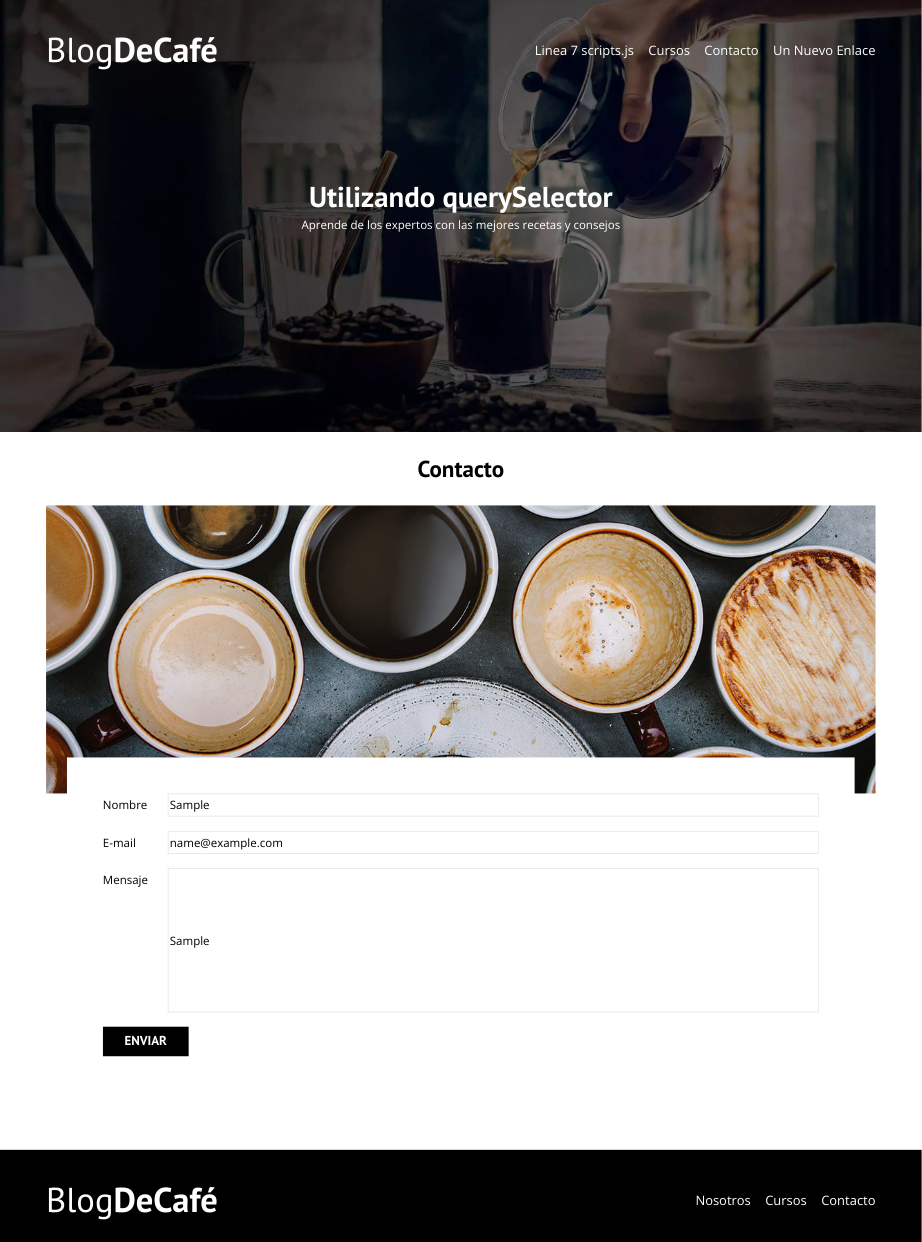
Repository: araque1990/blog_de_cafe
Page: contacto.html
An editor plug-in stored every save of this project. The page is shown before and after the next save, followed by the edit.
The browser window is 1280 px wide. The pictures show the whole page, at 72% of full size.
Empty fields were first filled with sample values (such as "Sample", 5 or name@example.com).
After loading, the first visible `form.formulario` was submitted once.

Above is the page before, as saved 2023-01-25 11:55:12.

### contacto.html
<!DOCTYPE html>
<html lang="es">
<head>
  <meta charset="UTF-8">
  <meta http-equiv="X-UA-Compatible" content="IE=edge">
  <meta name="viewport" content="width=device-width, initial-scale=1.0">
  <title>Blog de Café</title>
  <link rel="stylesheet" href="css/normalize.css">
  <link rel="preconnect" href="https://fonts.googleapis.com"><link rel="preconnect" href="https://fonts.gstatic.com" crossorigin><link href="https://fonts.googleapis.com/css2?family=Open+Sans&family=PT+Sans:wght@400;700&display=swap" rel="stylesheet">
  <link rel="stylesheet" href="css/styles.css">
</head>
<body>

  <header class="header">
    <div class="contenedor">
      <div class="barra">
        <a class="logo" href="index.html">
          <h1 class="logo__nombre no-margin centrar-texto">Blog<span class="logo__bold">DeCafé</span></h1>
        </a>

        <nav class="navegacion">
          <a href="nosotros.html" class="navegacion__enlace">Nosotros</a>
          <a href="cursos.html" class="navegacion__enlace">Cursos</a>
          <a href="contacto.html" class="navegacion__enlace">Contacto</a>
        </nav>
      </div>
    </div>
    <div class="header__texto">
      <h2 class="no-margin">Blog de café con consejos y cursos</h2>
      <p class="no-margin">Aprende de los expertos con las mejores recetas y consejos</p>
    </div>
  </header>

  <main class="contenedor">
    <h3 class="centrar-texto">Contacto</h3>

    <div class="contacto-bg"></div>

    <form class="formulario">
      <div class="campo">
        <label class="campo__label" for="nombre">Nombre</label>
        <input class="campo__field" type="text" id="nombre" placeholder="Tu Nombre" required>
      </div>

      <div class="campo">
        <label class="campo__label" for="email">E-mail</label>
        <input class="campo__field" type="email" id="email" placeholder="Tu Email" required>
      </div>

      <div class="campo">
        <label class="campo__label" for="mensaje">Mensaje</label>
        <input class="campo__field campo__field--textarea" type="textarea" id="mensaje">
      </div>

      <div class="campo">
        <input type="submit" value="Enviar" class="boton boton--primario">
      </div>
    </form>

  </main>

  <footer class="footer">
    <div class="contenedor">
      <div class="barra">
        <a class="logo" href="index.html">
          <h1 class="logo__nombre no-margin centrar-texto">Blog<span class="logo__bold">DeCafé</span></h1>
        </a>

        <nav class="navegacion">
          <a href="nosotros.html" class="navegacion__enlace">Nosotros</a>
          <a href="cursos.html" class="navegacion__enlace">Cursos</a>
          <a href="contacto.html" class="navegacion__enlace">Contacto</a>
        </nav>
      </div>
    </div>
  </footer>
  <script src="js/modernizr.js"></script>
  <script src="js/scripts.js"></script>
</body>
</html>

### css/styles.css
:root {
  --fuenteHeading: 'PT Sans', sans-serif;
  --fuenteParrafos: 'Open Sans', sans-serif;

  --secundario: #784D3C;
  --gris: #E1E1E1;
  --blanco: #FFF;
  --negro: #000;
}
html {
  box-sizing: border-box;
  font-size: 62.5%;
}
*, *:before, *:after {
  box-sizing: inherit;
}
body {
  font-family: var(--fuenteParrafos);
  font-size: 1.6rem;
  line-height: 2;
}

/* Globales */
.contenedor {
  max-width: 120rem;
  width: 90%;
  /* width: min(90%, 120rem); //ESTO ES LO MISMO QUE LOS DOS ATRIBUTOS DE ARRIBA */
  margin: 0 auto;
}
a {
  text-decoration: none;
}
h1, h2, h3, h4 {
  font-family: var(--fuenteHeading);
  line-height: 1.2;
}
h1 {
  font-size: 4.8rem;
}
h2 {
  font-size: 4rem;
}
h3 {
  font-size: 3.2rem;
}
h4 {
  font-size: 2.8rem;
}
img {
  max-width: 100%;
}

/* Utilidades */
.no-margin {
  margin: 0;
}
.no-padding {
  padding: 0;
}
.centrar-texto {
  text-align: center;
}

/* Header */
.webp .header {
  background-image: url(../img/banner.webp);
}
.nowebp .header {
  background-image: url(../img/banner.jpg);
}
.header {
  height: 60rem;
  background-size: cover;
  background-repeat: no-repeat;
  background-position: center center;
}
.header__texto {
  text-align: center;
  color: var(--blanco);
  margin-top: 5rem;
}

@media (min-width: 768px) {
  .header__texto {
    margin-top: 15rem;
  }
}

@media (min-width: 768px) {
  .barra {
    display: flex;
    justify-content: space-between;
    align-items: center;
  }
}
.barra {
  padding-top: 4rem;
}
.logo {
  color: var(--blanco);
}
.logo__nombre {
  font-weight: 400;
}
.logo__bold {
  font-weight: 700;
}

@media (min-width: 768px) {
  .navegacion {
    display: flex;
    gap: 2rem;
  }
}
.navegacion__enlace {
  display: block;
  text-align: center;
  font-size: 1.8rem;
  color: var(--blanco);
}

@media (min-width: 768px) {
  .contenido-principal {
    display: grid;
    grid-template-columns: 2fr 1fr;
    column-gap: 4rem;
  }
}

.entrada {
  border-bottom: 1px solid var(--gris);
  margin-bottom: 2rem;
}
.entrada:last-of-type {
  border: none;
  margin-bottom: 0;
}
.boton {
  display: block;
  font-family: var(--fuenteHeading);
  color: var(--blanco);
  text-align: center;
  padding: 1rem 3rem;
  font-size: 1.8rem;
  text-transform: uppercase;
  font-weight: 700;
  margin-bottom: 2rem;
  border: none;
}
@media (min-width: 768px) {
  .boton {
    display: inline-block;
  }
}
.boton:hover {
  cursor: pointer;
}
.boton--primario {
  background-color: var(--negro);
}
.boton--secundario {
  background-color: var(--secundario);
}

.cursos {
  list-style: none;
}

.widget-curso {
  border-bottom: 1px solid var(--gris);
  margin-bottom: 2rem;
}
.widget-curso:last-of-type {
  border: none;
  margin-bottom: 0;
}
.widget-curso__label {
  font-family: var(--fuenteHeading);
  font-weight: 700;
}
.widget-curso__info {
  font-weight: 400;
}
.widget-curso__info, .widget-curso__label {
  font-size: 2rem;
}

.footer {
  background-color: var(--negro);
  padding-bottom: 3rem;
  margin-top: 4rem;
}

/* Sobre Nosotros */
@media (min-width: 768px) {
  .sobre-nosotros {
    display: grid;
    grid-template-columns: repeat(2, 1fr);
    column-gap: 2rem;
  }
}

.curso {
  padding: 3rem 0;
  border-bottom: 1px solid var(--gris);
}
@media (min-width: 768px) {
  .curso{
    display: grid;
    grid-template-columns: 1fr 2fr;
    column-gap: 2rem;
  }
}
.curso:last-of-type {
  border: none;
}

/* NOTA: podemos simplemente añadir estas clases a los estilos de widget correspodientes para evitar duplicidades. */
.curso__label {
  font-family: var(--fuenteHeading);
  font-weight: 700;
}
.curso__info {
  font-weight: 400;
}
.curso__info, .curso__label {
  font-size: 2rem;
}

/* Contacto */
.contacto-bg {
  background-image: url(../img/contacto.jpg);
  height: 40rem;
  background-size: cover;
  background-repeat: no-repeat;
}
.formulario {
  background-color: var(--blanco);
  margin: -5rem auto 0 auto;
  width: 95%;
  padding: 5rem;
}
.campo{
  display: flex;
  margin-bottom: 2rem;

}
.campo__label{
  flex: 0 0 9rem;
}
.campo__field {
  flex: 1;
  border: 1px solid var(--gris);
}

.campo__field--textarea{
  height: 20rem;
}

### js/scripts.js
// querySelector
const heading = document.querySelector('.header__texto h2');
heading.textContent = 'Utilizando querySelector';

// querySelectorAll
const enlaces = document.querySelectorAll('.navegacion a');
enlaces[0].textContent = 'Linea 7 scripts.js';
enlaces[0].classList.add('nueva-clase');


// Generar un nuevo enlace
const nuevoEnlace = document.createElement('A');

// Agregar el href
nuevoEnlace.href = 'nuevo-enlace.html';
// Agregar el texto
nuevoEnlace.textContent = 'Un Nuevo Enlace';
//Agregar la clase
nuevoEnlace.classList.add('navegacion__enlace');

//Agregarlo al Documento
const navegacion = document.querySelector('.navegacion');
navegacion.appendChild(nuevoEnlace);

console.log(nuevoEnlace)

// //Eventos
// console.log(1);

// window.addEventListener('load', imprimir()) // load espera a que el JS y los archivos que dependen del HTML estén listos;

// window.onload = function() {
//   console.log(3);
// }

// document.addEventListener('DOMContentLoaded', function() { // Solo espera a que se cargue el HTML, pero no espera CSS o imagenes.
//   console.log(4);
// })

// console.log(5);

// function imprimir() {
//   console.log(2);
// }


// Seleccionar elemento y asociarles un evento

// const btnEnviar = document.querySelector('.boton--primario');
// btnEnviar.addEventListener('click', function(e) { // el parametro de la funcion es el evento que pusimos en el listener como primer parametro, en algunos ejemplos lo vemos como `e` y si lo muestro por consola, me muestra todos los datos asociados a ese evento.
//   //console.log(evento);
//   e.preventDefault();// Especialmente util para validar formularios
//   console.log('Enviando formulario...');
// });

// Eventos de los input y los textarea

const datos = {
  nombre: '',
  email: '',
  mensaje: ''
}

const nombre = document.querySelector('#nombre');
const email = document.querySelector('#email');
const mensaje = document.querySelector('#mensaje');
const formulario = document.querySelector('.formulario');

function leerInputs(e) {
  datos[e.target.id] = e.target.value;
  console.log(datos);
}

nombre.addEventListener('input', leerInputs);
email.addEventListener('input', leerInputs);
mensaje.addEventListener('input', leerInputs);

// El Evento de Submit
formulario.addEventListener('submit', function(e) {
  e.preventDefault();


  // Validar el formulario

  const { nombre, email, mensaje } =  datos;
  if(nombre === '' || email === '' || mensaje === '') { // La validacion principal la hemos hecho en el HTML con el required, este es solo un ejemplo para ver como se hace con JS
    mostrarError('Todos los campos son obligatorios');
    return;
  }

  //Enviar el formulario

  console.log('Enviando formulario...');
});

//Mostrar error por pantalla
function mostrarError(mensaje) {
  const error = document.createElement('P');
  error.textContent = mensaje;
  error.classList.add('error');

  console.log(error);
}

Loaded but not shown: css/normalize.css (library); js/modernizr.js (library)

After the next save:
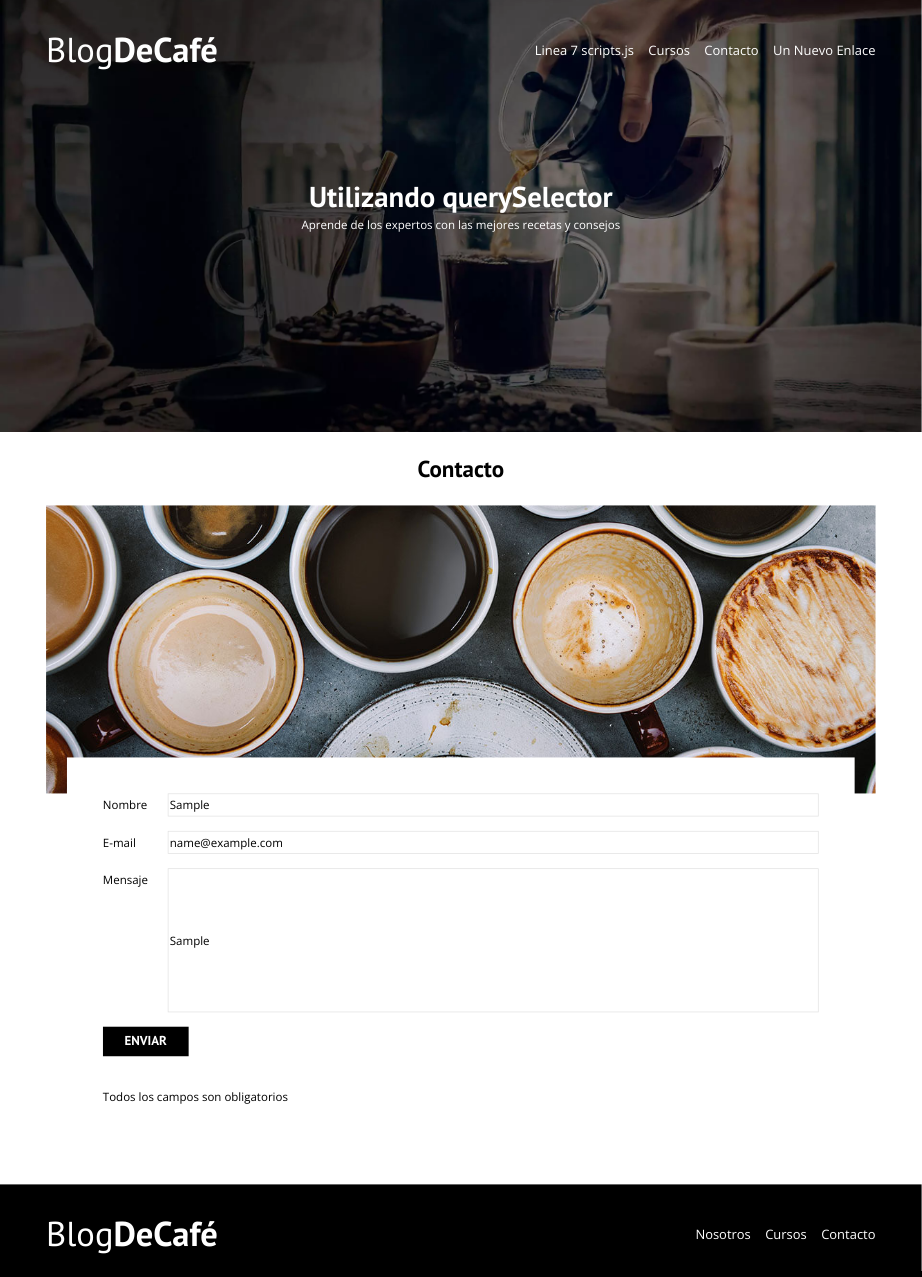
Saved 91 s later.
--- a/js/scripts.js
+++ b/js/scripts.js
@@ -99,5 +99,5 @@ function mostrarError(mensaje) {
   error.textContent = mensaje;
   error.classList.add('error');
 
-  console.log(error);
+  formulario.appendChild(error);
 }
